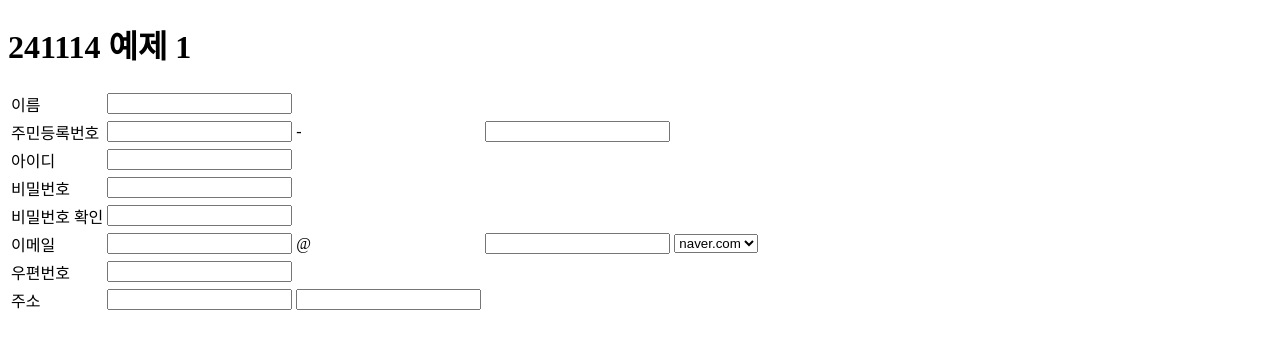
Repository: jsunnypi/JSP
Page: http://localhost/Test/inputForm.jsp
An editor plug-in stored every save of this project. The page is shown before and after the next save, followed by the edit.
The browser window is 1280 px wide. The pictures show the whole page.
The page is served by Tomcat 9.

Above is the page before, as saved 2024-11-14 03:41:33.

After the next save:
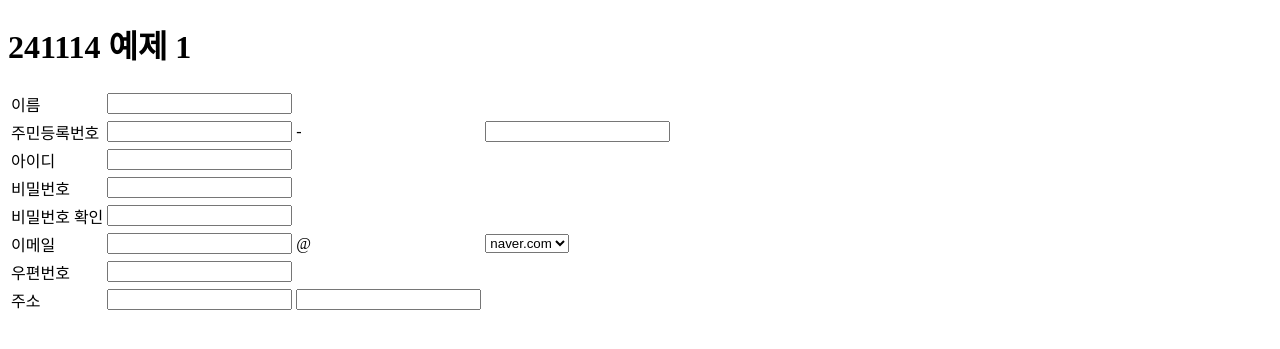
Saved 35 s later.
--- a/Test/src/main/webapp/inputForm.jsp
+++ b/Test/src/main/webapp/inputForm.jsp
@@ -55,9 +55,6 @@
 					<input type="text" name="email" size="20">
 				</td>
 				<td> @ </td>
-				<td>
-					<input type="search">
-				</td>
 				<td>
 					<select id="email" name="com" size="1">
 						<option value="네이버">naver.com</option>

After the save that followed:
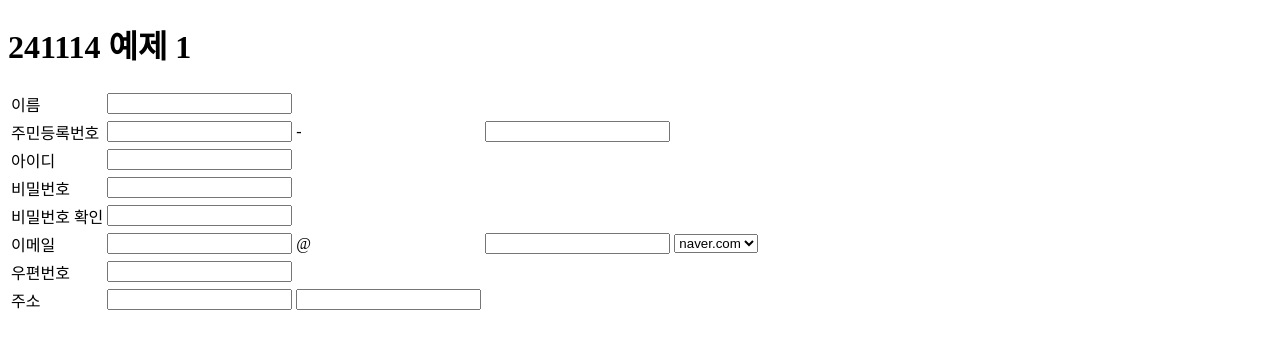
Saved 20 s later.
--- a/Test/src/main/webapp/inputForm.jsp
+++ b/Test/src/main/webapp/inputForm.jsp
@@ -55,6 +55,9 @@
 					<input type="text" name="email" size="20">
 				</td>
 				<td> @ </td>
+				<td>
+					<input type="text" name="com" size=20>
+				</td>
 				<td>
 					<select id="email" name="com" size="1">
 						<option value="네이버">naver.com</option>
